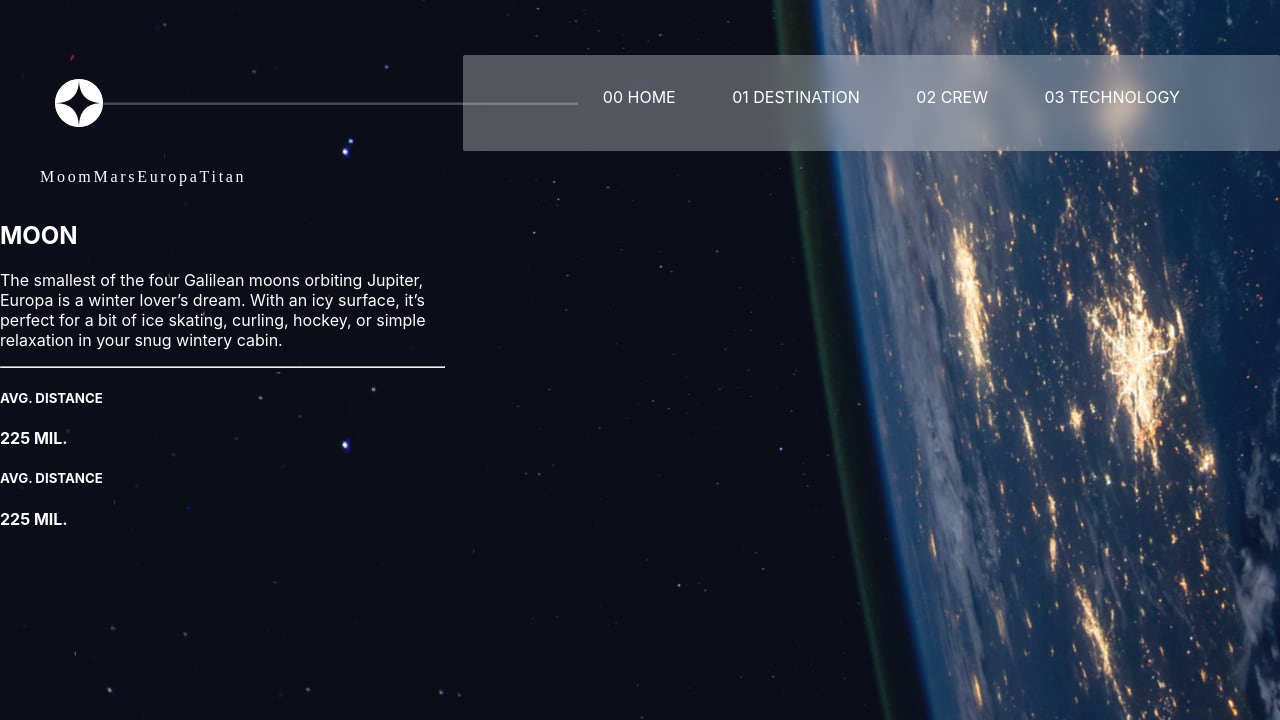
Repository: jhonenmanuel1/FrontEndMentor-MultiPageSpace
Page: /
These files come from the project's save history. The page is drawn as it stood at one moment and after the next save; the edit follows.
The browser window is 1280 px wide. The pictures show the whole page.
The project was rebuilt for these pictures with package versions that can differ from the ones it lists, and the page was loaded fresh each time. Also part of the build but not shown: src/views/home.js.

Above is the page before, as saved 2022-06-23 23:03:41.

### src/App.js

import HeaderView from './components/header';
import Destination from './views/destination';
import HomeView from './views/home';


function App() {
  return (
    <div className="App">
      <HeaderView/>
      <Destination/>


    </div>
  );
}

export default App;

### src/components/header.js
import styles from "../styles/header.module.css"

const HeaderView = ()=>{

    return(
        <div className={styles.wraper}>
            <div className={styles.headerLogo}>
            <svg xmlns="http://www.w3.org/2000/svg" width="48" height="48"><g fill="none" fill-rule="evenodd"><circle cx="24" cy="24" r="24" fill="#FFF"/><path fill="#0B0D17" d="M24 0c0 16-8 24-24 24 15.718.114 23.718 8.114 24 24 0-16 8-24 24-24-16 0-24-8-24-24z"/></g></svg>
            </div>
            <div className={styles.headerLine}>
                <hr />
            </div>
            <div className={styles.headerMenu}>
                 <ul>
                    <li> 00 HOME</li>
                    <li> 01 DESTINATION </li>
                    <li> 02 CREW </li>
                    <li className={styles.lastList}> 03 TECHNOLOGY</li>

                </ul>
            </div>

        </div>
    )
}
export default HeaderView;

### src/views/destination.js
import PlanetCardInfo from "../atoms/PlanetCardInfo";

export default function Destination() {
  return (
    <>
      <div className="destinationContainer">
        <div className="planetCard">
          <div className="titlePlanet"></div>
          <div className="planetCardImage"></div>
        </div>
        <div>
            <PlanetCardInfo/>
        </div>
      </div>
    </>
  );
}

### src/styles/header.module.css
.wraper {
    margin-top: 55px;
    display: flex;
    justify-content: space-between;


    background-position: center center;
    background-repeat: no-repeat;
    background-size: cover


}
.headerLogo{
    display: flex;
    justify-content: center;
    align-items: center;


}
.headerLogo svg {
    background-color: aliceblue;
    border-radius: 100%;
    height: 48px;
    width: 48px;
    margin-left: 55px;
}

.headerMenu{
    background-color: rgba(255, 255, 255, 0.3);
    border-radius: 2px;
    text-align: center;
    backdrop-filter: blur(12px);
    -webkit-backdrop-filter: blur(10px);
    width: 830px;
    height: 96px;



}

.headerMenu ul {
    display: flex;
    justify-content:  space-between;
    align-items: center;
    padding-right: 100px;
    margin-left: 100px;
    margin-top: 32px;
    color: white;


}
.headerMenu ul li {
    text-decoration: none;
    list-style: none;

}

.headerLogo{
    color: white;

}
.headerLine {
    display: flex;
    justify-content: center;
    align-items: center;
    margin-right: -9%;
    z-index: 1;

}
.headerLine hr {
    height: 1px;
    background-color: white;
    color: white;
    width: 473px;
    opacity:  25.15%;

}

### src/atoms/PlanetCardInfo.js
import styles from  '../styles/planetcardinfo.module.css'
export default function PlanetCardInfo() {
  return (
    <section section className={styles.planetCardInfoContainer}>
      <div >
        <div className={styles.planetCardHeader}>
          <ul>
            <li>Moom</li>
            <li>Mars</li>
            <li>Europa</li>
            <li>Titan</li>
          </ul>
        </div>
        <div className="planetCardTitle">
          <h1> MOON</h1>
        </div>
        <p>
          The smallest of the four Galilean moons orbiting Jupiter, Europa is a
          winter lover’s dream. With an icy surface, it’s perfect for a bit of
          ice skating, curling, hockey, or simple relaxation in your snug
          wintery cabin.
        </p>
        <hr></hr>
        <div className="planetCardFooter">
          <div>
            <div className="Mini Targets"></div>
          </div>
          <h5>AVG. DISTANCE</h5>
          <h4>225 MIL.</h4>
        </div>
        <div className="planetCardFooter">
          <div>
            <div className="Mini Targets"></div>
          </div>
          <h5>AVG. DISTANCE</h5>
          <h4>225 MIL.</h4>
        </div>
      </div>
    </section>
  );
}

### src/styles/homeview.module.css
body{
    color: white;
    background-image: url("../components/Images/home/background-home-desktop.jpg") ;
}
.containerCard{
    display: flex;
    margin-top: 257px;
    justify-content: center;
    align-items: center;
}
.spaceinfo{
    padding-right: 325px;
}
.homeSpaceTarget{
    max-width: 461.76px;
    display: flex;
    justify-content: center;
    align-items: center;
    margin: 0px;

}

.homeSpaceTargeth3 {
    font-weight: 1;
    font-size: 34px;
    margin: 0px;
}
.homeSpaceTargeth1{

    font-family: 'Bellefair';
    font-style: normal;
    font-weight: 400;
    font-size: 128px;
    line-height: 147px;
    margin: 0px;
}
.homeSpaceTargetp{
    font-size: 18px;
}
.explore{

    margin-bottom: -70px;
}

### src/styles/planetcardinfo.module.css
.planetCardInfoContainer {
  display: flex;
  align-items: center;
  justify-content: center;
  max-width: 445px;
}
.planetCardHeader {
}

.planetCardHeader ul {
  display: flex;
  height: 34px;
  width: 285px;
}
.planetCardHeader ul li {
  text-decoration: none;
  list-style: none;
  top: calc(50% - 19px / 2 - 7.5px);

  font-family: "Barlow Condensed";
  font-style: normal;
  font-weight: 400;
  font-size: 16px;
  line-height: 19px;
  letter-spacing: 2.7px;
  width: ;
}

Loaded but not shown: public/index.html (common file); src/index.js (common file); src/index.css (common file); src/reportWebVitals.js (common file)

After the next save:
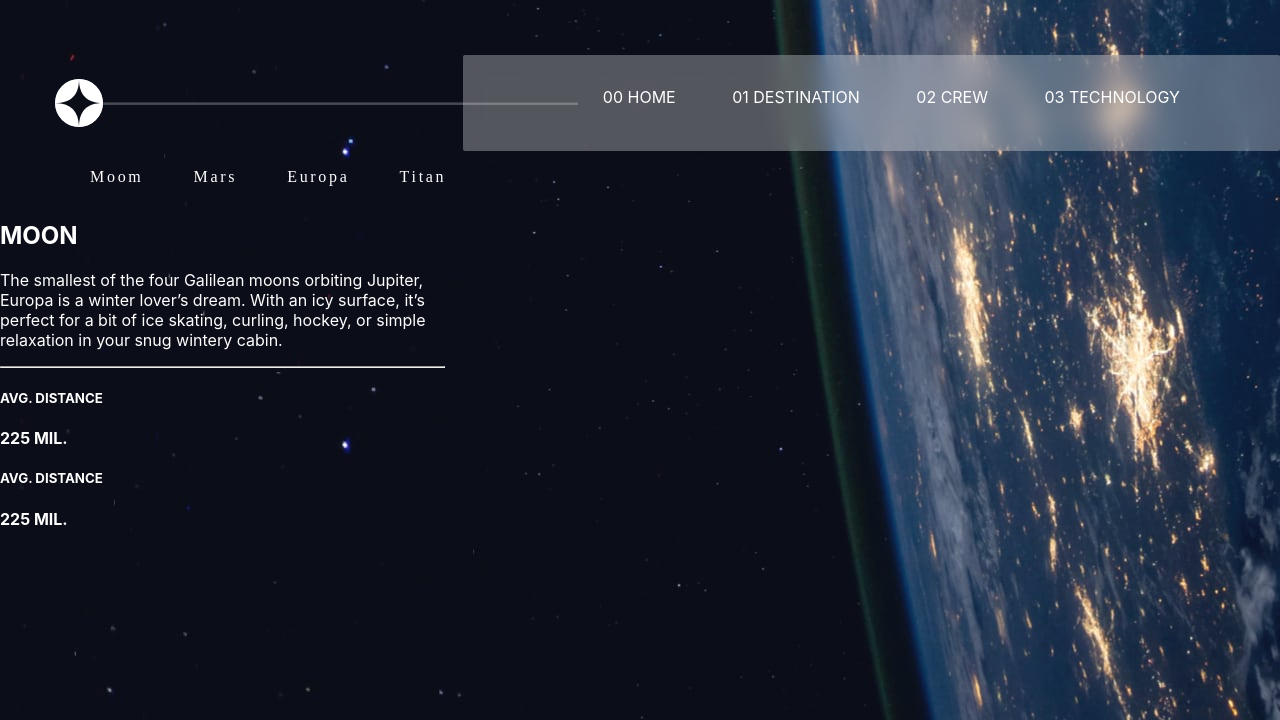
Saved 17 s later.
--- a/src/styles/planetcardinfo.module.css
+++ b/src/styles/planetcardinfo.module.css
@@ -23,5 +23,5 @@
   font-size: 16px;
   line-height: 19px;
   letter-spacing: 2.7px;
-  width: ;
+  margin-left: 50px;
 }
